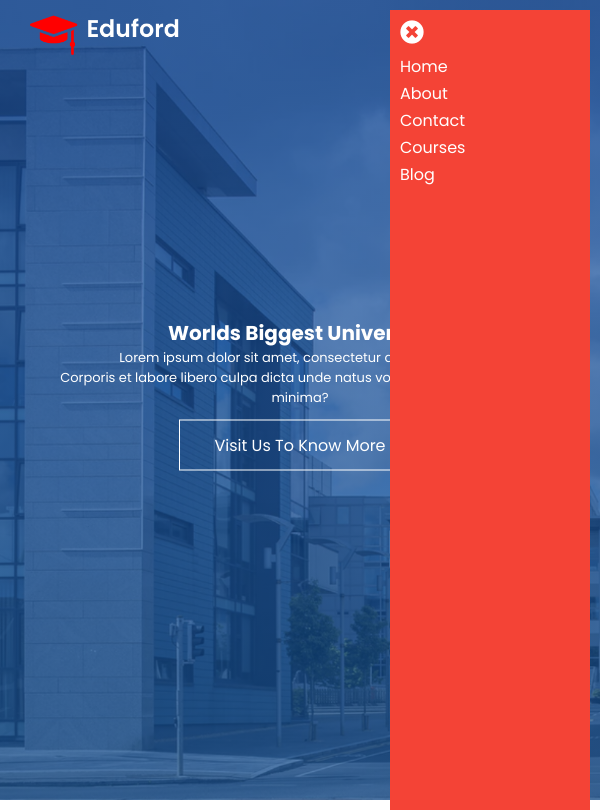
Repository: yashrajverma/Practise
Page: index.html
The author's editor kept a copy of each file at every save. The page is drawn from the files as they stood at one save, then again after the next save.
The browser window is 600 px wide. The pictures show the whole page.

Above is the page before, as saved 2021-04-27 11:42:36.

After the next save:
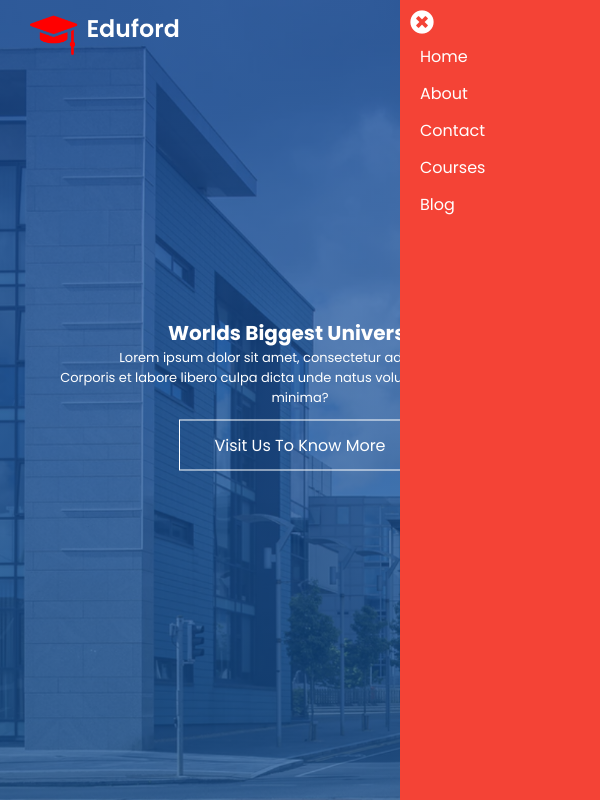
Saved 9 s later.
--- a/style.css
+++ b/style.css
@@ -91,6 +91,7 @@
     }
     .nav-links ul li{
         display: block;
+        margin: 10px;
     }
     .nav-links{
         position: absolute;
@@ -101,7 +102,6 @@
         height: 100vh;
         text-align: left;
         z-index: 2;
-        margin: 10px;
     }
     nav .fa{
         display: block;
